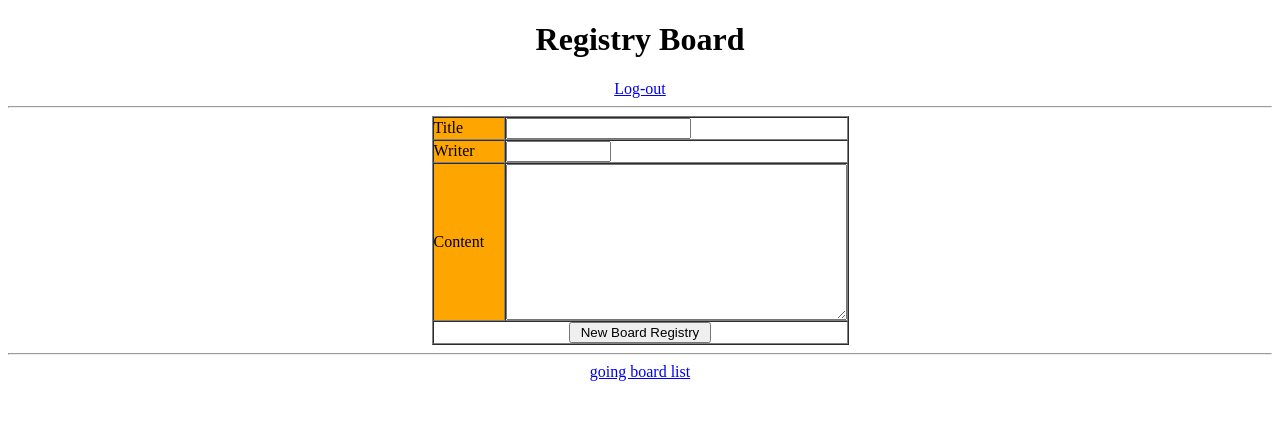
Repository: kevin1229/springTest
Page: http://localhost/BoardWeb/insertBoard.jsp
The author's editor kept a copy of each file at every save. The page is drawn from the files as they stood at one save, then again after the next save.
The browser window is 1280 px wide. The pictures show the whole page.
The page is served by Tomcat 9. Nobody is signed in. The application's start-up code is not run.

Above is the page before, as saved 2020-04-04 19:41:17.

After the next save:
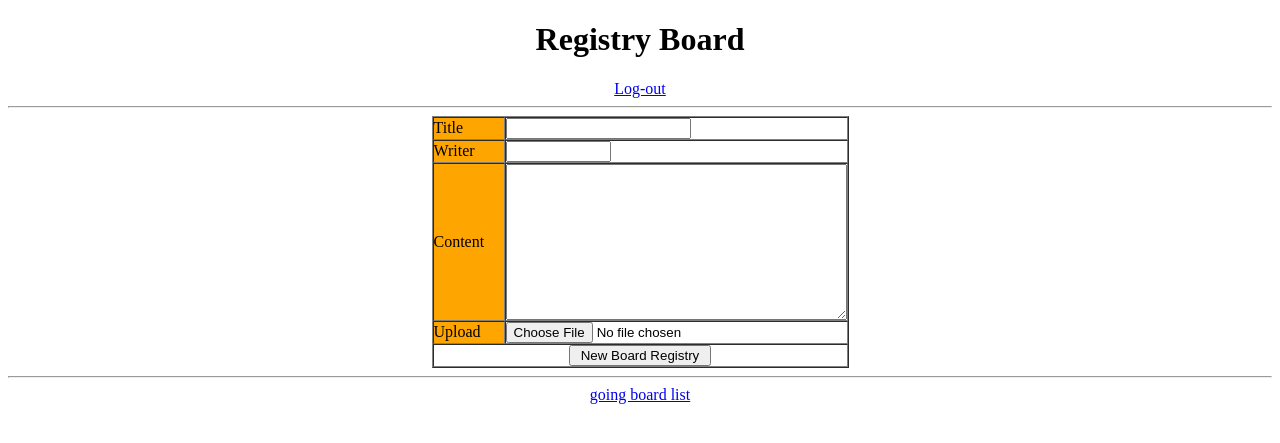
Saved 86 s later.
--- a/BoardWeb/src/main/webapp/insertBoard.jsp
+++ b/BoardWeb/src/main/webapp/insertBoard.jsp
@@ -35,6 +35,12 @@
 							</td>
 						</tr>
 						<tr>
+							<td bgcolor="orange" width="70">Upload</td>
+							<td align="left">
+								<input type="file" name="uploadFile" />
+							</td>
+						</tr>
+						<tr>
 							<td colspan="2" align="center">
 								<input type="submit" value=" New Board Registry "/>
 							</td>
